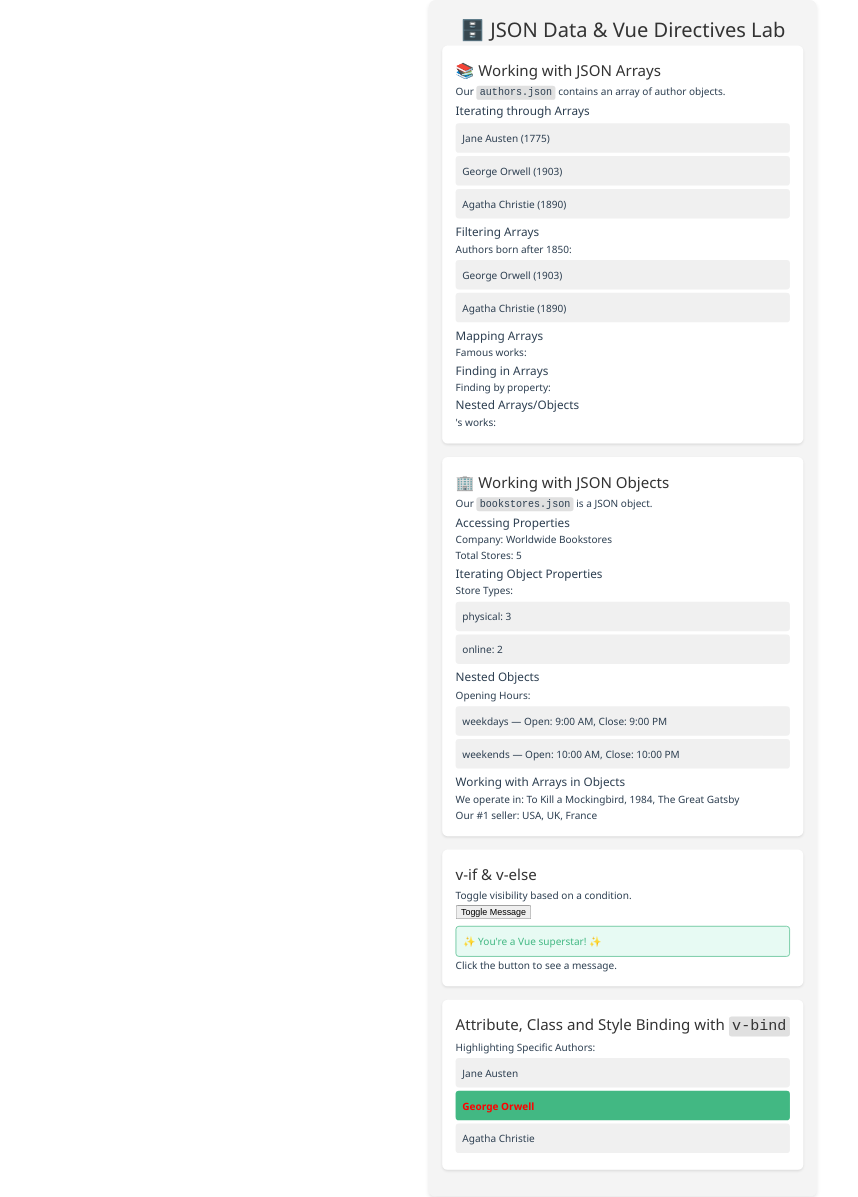
Repository: Andrew-JX/mji-library
Page: /
An editor plug-in stored every save of this project. The page is shown before and after the next save, followed by the edit.
The browser window is 1280 px wide. The pictures show the whole page, at 67% of full size.
The project was rebuilt for these pictures with package versions that can differ from the ones it lists, and the page was loaded fresh each time. Also part of the build but not shown: vite.config.js.

Above is the page before, as saved 2025-08-06 16:55:04.

### src/App.vue
<script setup>
import JSONView from "./components/JSON.vue";
</script>

<template>
  <header>
  </header>

  <main>
    <JSONView />
  </main>
</template>

<style scoped>
header {
  line-height: 1.5;
}

.logo {
  display: block;
  margin: 0 auto 2rem;
}

@media (min-width: 1024px) {
  header {
    display: flex;
    place-items: center;
    padding-right: calc(var(--section-gap) / 2);
  }

  .logo {
    margin: 0 2rem 0 0;
  }

  header .wrapper {
    display: flex;
    place-items: flex-start;
    flex-wrap: wrap;
  }
}
</style>

### src/components/JSON.vue
<!-- JSONLab.vue -->
<template>
  <div class="json-lab">
    <h1>🗄️ JSON Data & Vue Directives Lab</h1>

    <section class="lab-section">
      <h2>📚 Working with JSON Arrays</h2>
      <p>Our <code>authors.json</code> contains an array of author objects.</p>

      <h3>Iterating through Arrays</h3>
      <!-- Activity 6: Render a list containing author names and their birth years. Hint: Make use of the v-for directive to iterate through the array of authors. -->
      <!-- TODO: CODE TO RENDER LIST OF AUTHORS HERE -->
      <ul>
        <li v-for="author in authors" :key="author.id">
          {{ author.name }} ({{ author.birthYear }})
        </li>
      </ul>
      <h3>Filtering Arrays</h3>
      <!-- Activity 7: Render a list containing authors born after 1850. Hint: Make use of the v-for directive to iterate through the array of authors that you have filtered out. -->
      <p>Authors born after 1850:</p>
      <!-- TODO: CODE TO RENDER LIST OF AUTHORS HERE -->
      <ul>
        <li v-for="author in modernAuthors" :key="author.id">
          {{ author.name }} ({{ author.birthYear }})
        </li>
      </ul>
      <h3>Mapping Arrays</h3>
      <p>Famous works:</p>
      <ul>
        <!-- Activity 8: Render a list of all famous works. Hint: Use the v-for directive to iterate through the array of authors that you have filtered out. -->
        <li v-for="work in allFamousWorks" :key="work">
          {{ work }}
        </li>
      </ul>

      <h3>Finding in Arrays</h3>
      <p>Finding by property: {{ orwell?.name }}</p>

      <h3>Nested Arrays/Objects</h3>
      <p>{{ austen?.name }}'s works:</p>
      <!-- Activity 9: Render a list of Austen's works. Hint: Use the v-for directive to iterate through the array of authors that you have filtered out. -->
      <!-- TODO: CODE TO RENDER LIST OF AUSTEN'S WORKS HERE -->
      <ul>
        <li v-for="work in austen?.famousWorks" :key="work.title">
          {{ work.title }} ({{ work.year }})
        </li>
      </ul>
    </section>

    <section class="lab-section">
      <h2>🏢 Working with JSON Objects</h2>
      <p>Our <code>bookstores.json</code> is a JSON object.</p>

      <h3>Accessing Properties</h3>
      <p>
        Company:
        <!-- Activity 9a: Get the company name from the bookstores object. -->
        <!-- TODO: CODE TO GET COMPANY NAME HERE -->
        {{ bookstores.name }}
      </p>

      <p>
        Total Stores:
        <!-- Activity 9b: Get the total number of stores from the bookstores object. -->
        <!-- TODO: CODE TO GET TOTAL STORES HERE -->
        {{ bookstores.totalStores }}
      </p>

      <h3>Iterating Object Properties</h3>
      <p>Store Types:</p>
      <!-- Activity 10: Iterate through the storeTypes array and display the store type and the number of stores that use that type. -->
      <!-- TODO: CODE TO RENDER LIST OF STORE TYPES HERE -->
      <ul>
        <li v-for="(count, type) in bookstores.storeTypes" :key="type">
          {{ type }}: {{ count }}
        </li>
      </ul>
      <h3>Nested Objects</h3>
      <p>Opening Hours:</p>
      <!-- Activity 11: Iterate through the openingHours object and display the day of the week and the opening and closing times. -->
      <!-- TODO: CODE TO RENDER LIST OF OPENING HOURS HERE -->
      <ul>
        <li v-for="(hours, day) in bookstores.openingHours" :key="day">
          {{ day }} — Open: {{ hours.open }}, Close: {{ hours.close }}
        </li>
      </ul>
      <h3>Working with Arrays in Objects</h3>
      <!-- Activity 12: Get the top sellers from the bookstores object. -->
      <!-- TODO: CODE TO GET TOP SELLERS HERE -->
      <p>We operate in: {{ bookstores.topSellers.join(', ') }}</p>
      <p>Our #1 seller: {{ bookstores.countries.join(', ') }}</p>
    </section>

    <section class="lab-section">
      <h2>v-if & v-else</h2>
      <p>Toggle visibility based on a condition.</p>
      <!-- Activity 13: Toggle the message visibility when the button is clicked. -->
      <!-- TODO: CODE TO TOGGLE MESSAGE VISIBILITY HERE. Hint: Use the v-if directive. -->
      <button @click="showMessage = !showMessage">Toggle Message</button>
      <p class="message success">✨ You're a Vue superstar! ✨</p>
      <p>Click the button to see a message.</p>
    </section>

    <section class="lab-section">
      <h2>Attribute, Class and Style Binding with <code>v-bind</code></h2>
      <p>Highlighting Specific Authors:</p>
      <ul>
        <li v-for="author in authors" :key="author.id" :class="{ highlight: author.name === 'George Orwell' }"
          :style="author.name === 'George Orwell' ? 'color: red; font-weight: bold' : ''">
          {{ author.name }}
        </li>
      </ul>
    </section>
  </div>
</template>

<script setup>
import { ref, computed } from "vue"
import authorsData from '../assets/json/authors.json'
import bookstoresData from '../assets/json/bookstores.json'
// Activity 1: Import JSON files (authors.json and bookstores.json)
// TODO: CODE TO IMPORT JSON FILES HERE
const authors = ref(authorsData)
const bookstores = ref(bookstoresData)
const showMessage = ref(false)

// Activity 2: Get authors born after 1850
const modernAuthors = computed(() =>
  authors.value.filter(author => author.birthYear > 1850)
)

// Activity 3: Get all famous works
const allFamousWorks = computed(() => {
  // TODO: CODE TO GET ALL FAMOUS WORKS HERE
  authors.value.flatMap(author => author.famousWorks.map(work => work.title))
})

// Activity 4: Find author by name
const orwell = computed(() => {
  // TODO: CODE TO FIND AUTHOR BY NAME HERE
  authors.value.find(author => author.name === 'George Orwell')
})

// Activity 5: Find author by ID
const austen = computed(() => {
  // TODO: CODE TO FIND AUTHOR BY ID HERE
  authors.value.find(author => author.id === 1)  // Jane Austen

})
</script>

<style scoped>
.json-lab {
  font-family: "Segoe UI", Tahoma, Geneva, Verdana, sans-serif;
  max-width: 80vw;
  margin: 0 auto;
  padding: 20px;
  background-color: #f4f4f4;
  border-radius: 10px;
  box-shadow: 0 4px 6px rgba(0, 0, 0, 0.1);
}

h1,
h2 {
  color: #333;
}

h1 {
  text-align: center;
}

.lab-section {
  background-color: white;
  padding: 20px;
  margin-bottom: 20px;
  border-radius: 8px;
  box-shadow: 0 2px 4px rgba(0, 0, 0, 0.1);
}

.message {
  padding: 10px;
  border-radius: 5px;
  margin-top: 10px;
}

.success {
  background-color: #e7faf3;
  color: #42b883;
  border: 1px solid #42b883;
}

.highlight {
  background-color: #42b883;
}

code {
  background-color: #e0e0e0;
  padding: 2px 5px;
  border-radius: 4px;
  font-family: "Courier New", Courier, monospace;
}

ul {
  list-style-type: none;
  padding: 0;
}

li {
  background-color: #f0f0f0;
  padding: 10px;
  margin: 5px 0;
  border-radius: 5px;
}
</style>

Loaded but not shown: index.html (common file); src/main.js (common file); src/assets/main.css (common file); src/assets/base.css (common file); src/assets/json/authors.json (common file); src/assets/json/bookstores.json (common file)

After the next save:
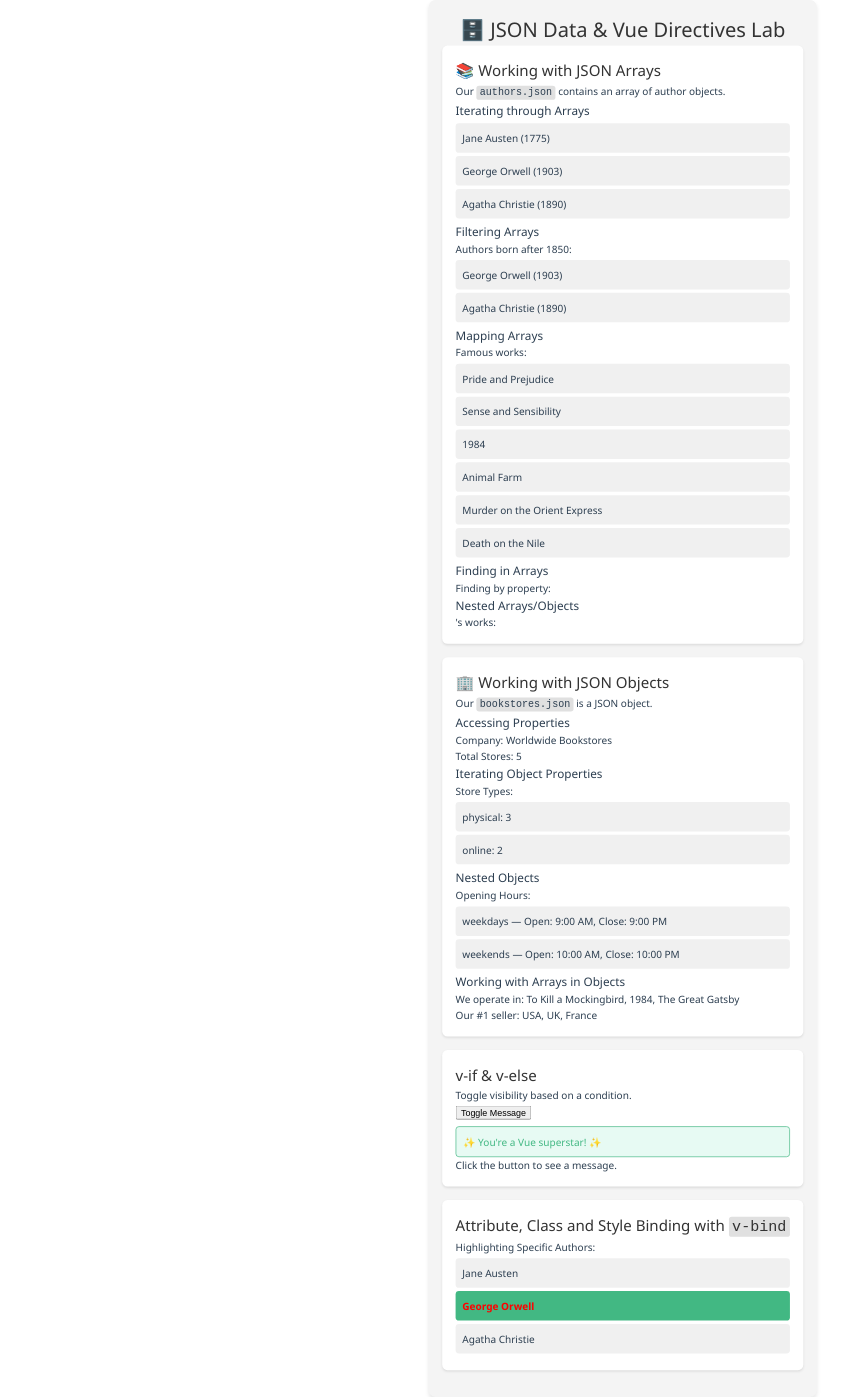
Saved 20 s later.
--- a/src/components/JSON.vue
+++ b/src/components/JSON.vue
@@ -130,10 +130,10 @@ const modernAuthors = computed(() =>
 )
 
 // Activity 3: Get all famous works
-const allFamousWorks = computed(() => {
+const allFamousWorks = computed(() =>
   // TODO: CODE TO GET ALL FAMOUS WORKS HERE
   authors.value.flatMap(author => author.famousWorks.map(work => work.title))
-})
+)
 
 // Activity 4: Find author by name
 const orwell = computed(() => {
